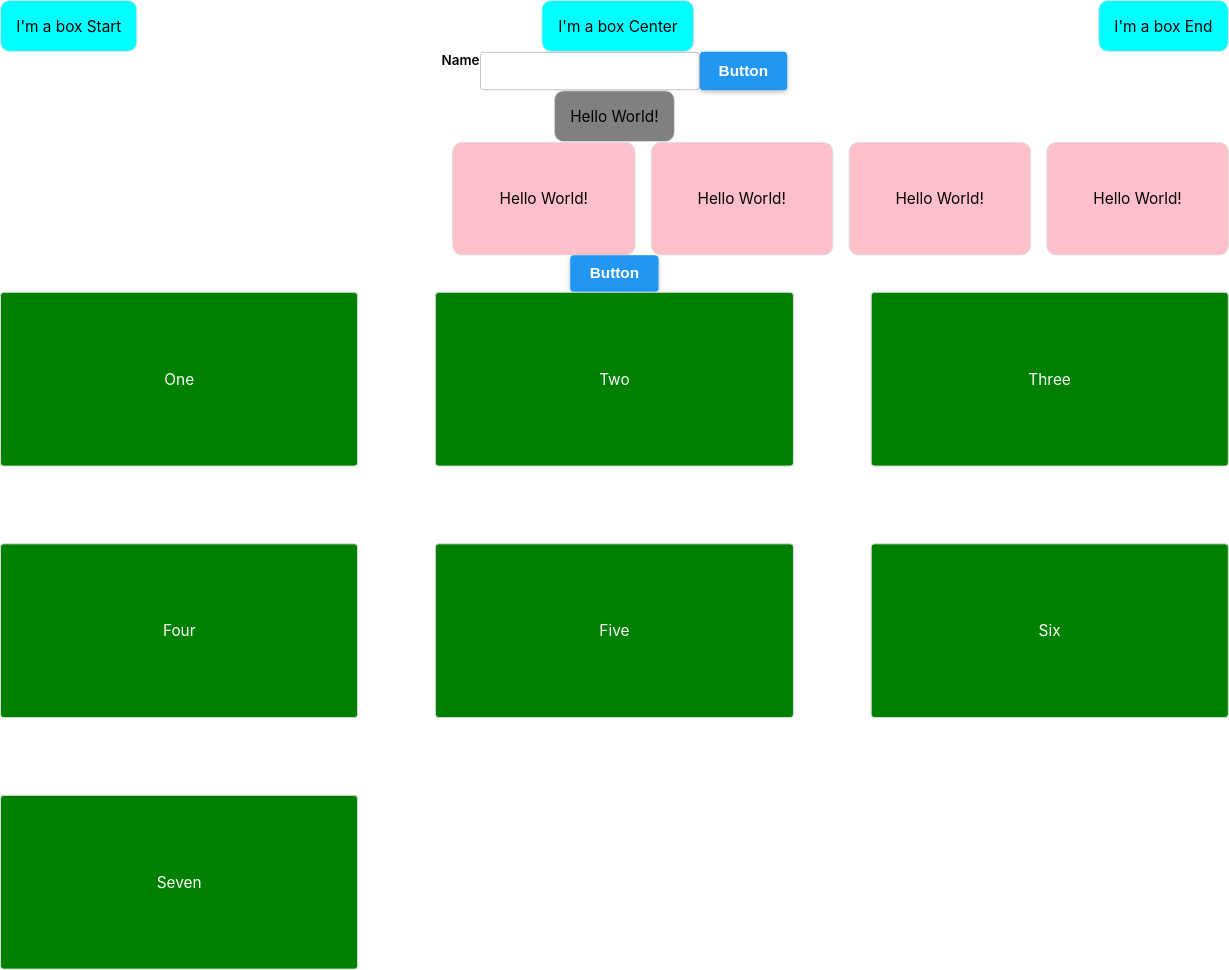
Repository: roistyx/react
Page: /components (app in layouts-app/)
The author's editor kept a copy of each file at every save. The page is drawn from the files as they stood at one save, then again after a run of saves.
The browser window is 1280 px wide. The pictures show the whole page, at 96% of full size.
The project was rebuilt for these pictures with package versions that can differ from the ones it lists, and the page was loaded fresh each time.

Above is the page before, as saved 2023-04-30 17:04:25.

After the next 3 saves:
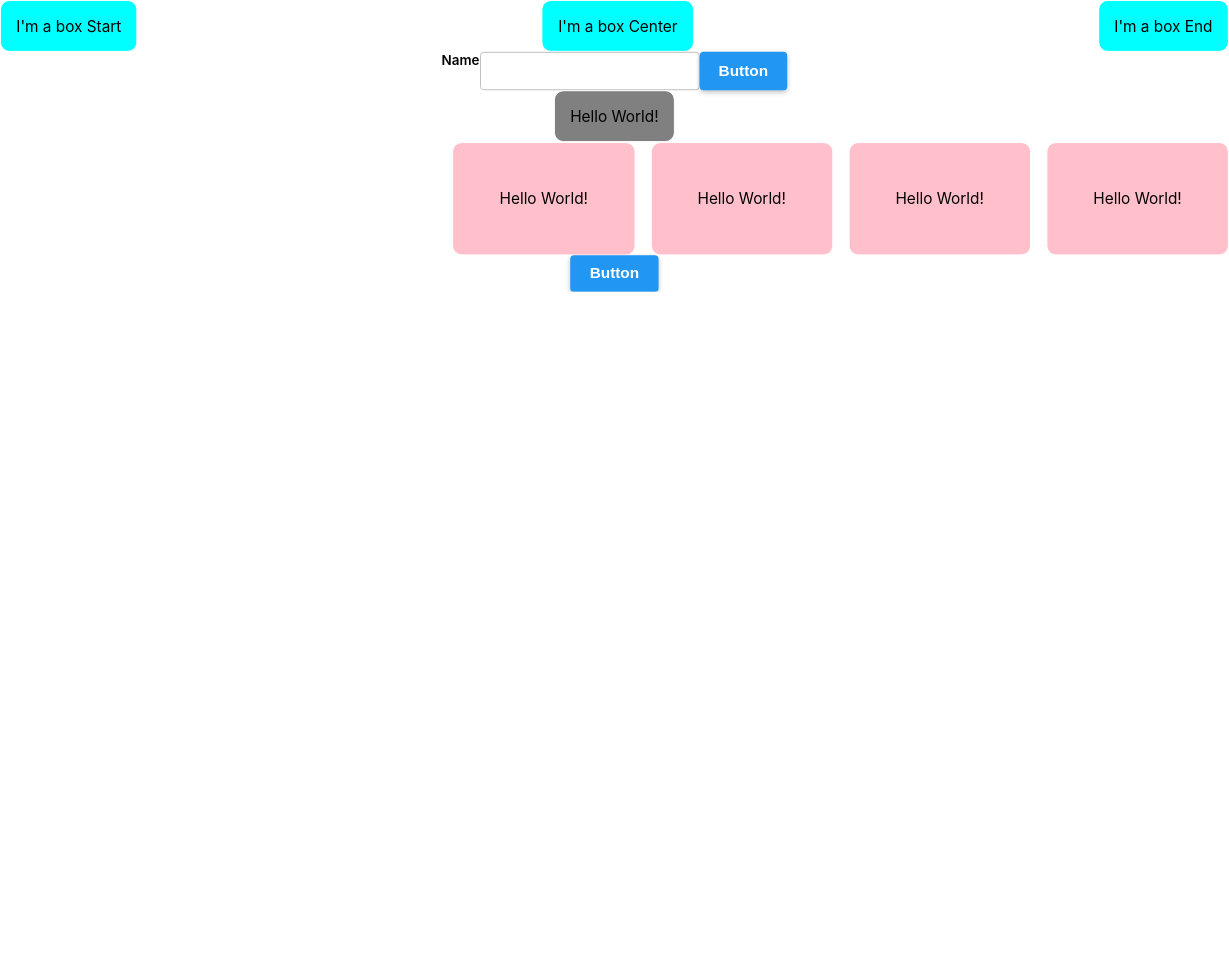
The 3 saves are shown as one change because 2 did not build or start.
The last was saved 2 min 10 s later.
--- a/layouts-app/src/layouts/Box.js
+++ b/layouts-app/src/layouts/Box.js
@@ -1,7 +1,8 @@
 import './Box.css';
 
-export const Box = ({ bgColor, borderRadius, gap, children }) => {
+export const Box = ({ boxMargin, bgColor, borderRadius, gap, children }) => {
 	const style = {
+		...(boxMargin ? { '--boxMargin': boxMargin } : {}),
 		...(bgColor ? { '--background': bgColor } : {}),
 		...(borderRadius ? { '--border-radius': borderRadius } : {}),
 		...(gap ? { '--gap': gap } : {}),
--- a/layouts-app/src/layouts/Box.css
+++ b/layouts-app/src/layouts/Box.css
@@ -1,7 +1,8 @@
 :root {
-	--background: green;
-	--border: #ddd;
+	--background: #fff;
+	--border: #fff;
 	--gap: 1rem;
+	--margin: 0 0 0 0;
 	--border-radius: 0.25rem;
 }
 
@@ -9,5 +10,6 @@
 	background-color: var(--background);
 	border: 1px solid var(--border);
 	padding: var(--gap);
+	margin: var(--boxMargin);
 	border-radius: var(--border-radius);
 }
